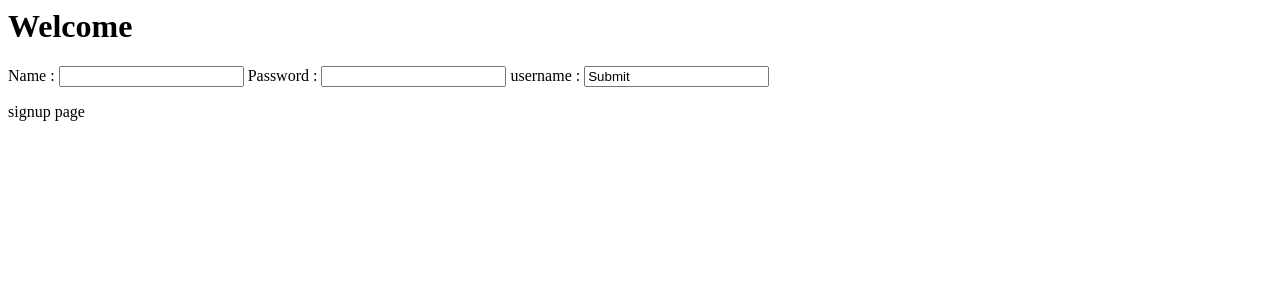
Repository: achilep/catalog_projet
Page: http://localhost/catalog_projet/Signup.ca
These files come from the project's save history. The page is drawn as it stood at one moment and after the next save; the edit follows.
The browser window is 1280 px wide. The pictures show the whole page.
The page is served by Tomcat 9. Other server files are loaded and not shown.

Above is the page before, as saved 2019-08-21 14:30:01.

### catalog_projet/src/main/webapp/WEB-INF/views/Signup.jsp
<html>
 <head>
  <title>Yahoo!!</title>
  </head>
    <body>

   <H1>Welcome </H2>
      <p><font color="red">${errorMessage}</font></p>
	<form action="/Signup.ca" method="POST">
		Name : <input name="name" type="text" />
		 Password : <input name="password" type="password" />
		 username : <input name="username" type="text"
		  <input type="submit" value="Submit">
	</form>
   signup page

   </div>
 </body>
</html>

### catalog_projet/src/main/java/webapp/Signup.java
package webapp;

import controller.signupcontroller;
import java.io.IOException;

import javax.servlet.ServletException;
import javax.servlet.annotation.WebServlet;
import javax.servlet.http.HttpServlet;
import javax.servlet.http.HttpServletRequest;
import javax.servlet.http.HttpServletResponse;

@WebServlet(urlPatterns = "/Signup.ca")
public class Signup extends HttpServlet {
	protected signupcontroller signup=new signupcontroller();
	@Override
	protected void doGet(HttpServletRequest request, HttpServletResponse response) throws IOException,ServletException {
		request.getRequestDispatcher("/WEB-INF/views/Signup.jsp").forward(request, response);

	}

	@Override
	protected void doPost(HttpServletRequest request, HttpServletResponse response)
			throws IOException, ServletException {
		String name = request.getParameter("name");
		String password = request.getParameter("password");
		String username=request.getParameter("username");
		signup.registraion(name, username, password);

		request.getRequestDispatcher("/WEB-INF/views/index.jsp").forward(request, response);

	}




}

### catalog_projet/src/main/java/controller/connetiondb.java
package controller;
import com.mysql.jdbc.Connection;
import java.sql.*;
import java.sql.SQLException;

public class connetiondb {

    Connection con;
    PreparedStatement st;
    ResultSet rs;
    public connetiondb(){
    try{
    Class.forName("com.mysql.jdbc.Driver");
    }catch(ClassNotFoundException e){
    System.err.println(e);
    }
    try{
    con= (Connection) DriverManager.getConnection("jdbc:mysql://localhost:3306/catalog","root","");
    System.out.println("connected");
    }catch(SQLException e){
        System.err.println("error"+e);
    }
    }
    public Connection obtenirconnexion(){return con;}
   /* public void getdata(){
        try {


            String querry ="INSERT INTO `user` (`user_id`, `username`, `password`, `name`) VALUES (NULL, 'toto', 'too', 'to') ";
            st=con.prepareStatement(querry);
            st.executeUpdate();
            System.out.println("from database");
           /* while(rs.next()){
                String firstname = rs.getString("username");
                String lastname = rs.getString("name");
                System.out.println("name"+firstname+"lastname"+lastname);
            }
        }
    catch(Exception e){
    System.out.println("erro"+e);
    e.printStackTrace();
    }
    }*/
    /*

    public static void main(String[] args){

        connetiondb connection=new connetiondb();
        connection.getdata();
    }*/


}

After the next save:
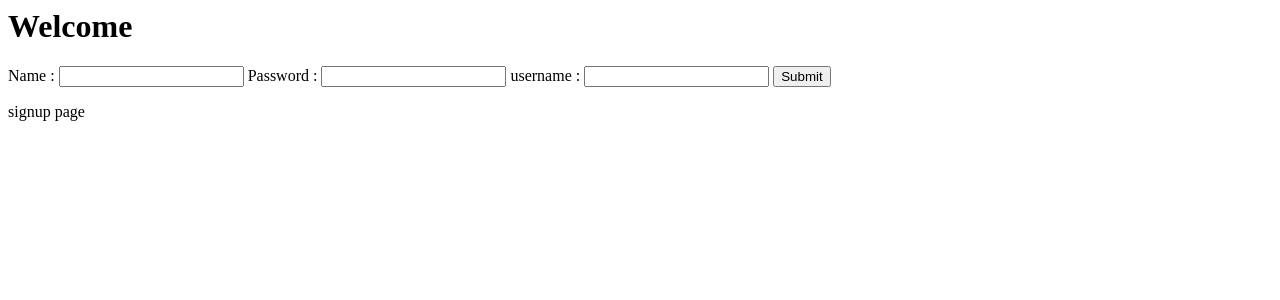
Saved 3 min 47 s later.
--- a/catalog_projet/src/main/webapp/WEB-INF/views/Signup.jsp
+++ b/catalog_projet/src/main/webapp/WEB-INF/views/Signup.jsp
@@ -9,7 +9,7 @@
 	<form action="/Signup.ca" method="POST">
 		Name : <input name="name" type="text" />
 		 Password : <input name="password" type="password" />
-		 username : <input name="username" type="text"
+		 username : <input name="username" type="text"/>
 		  <input type="submit" value="Submit">
 	</form>
    signup page
